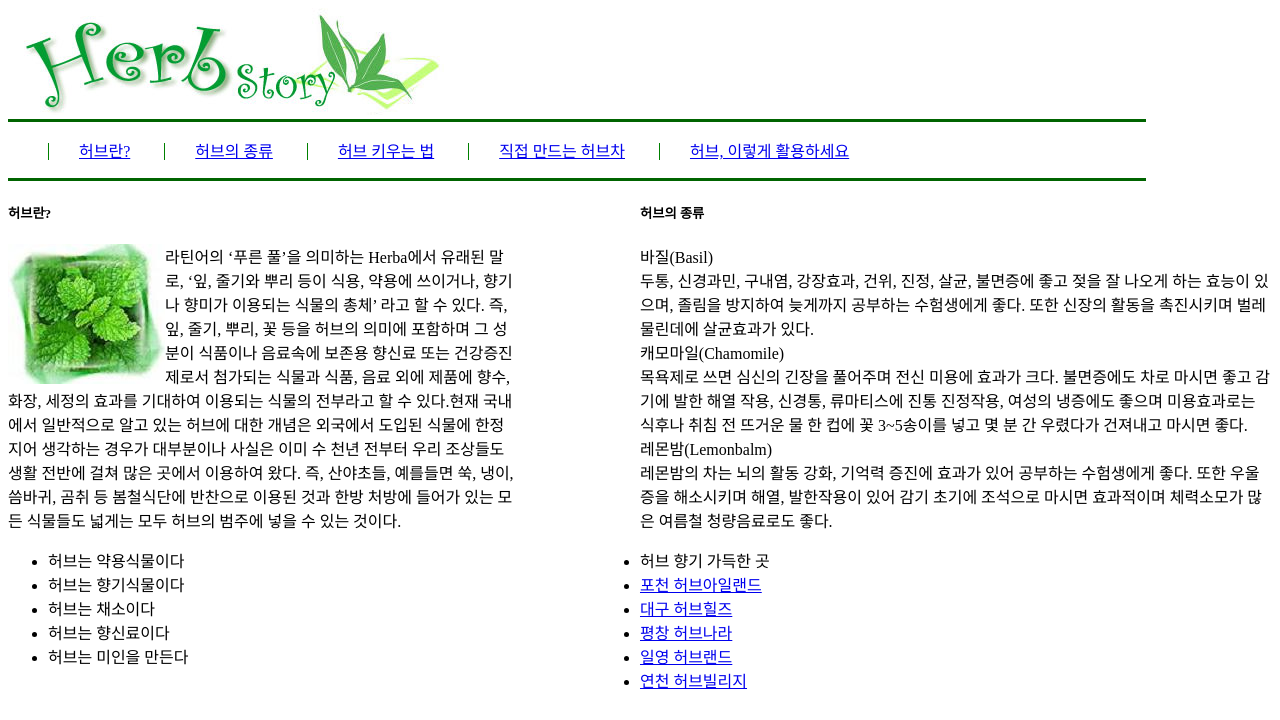
Repository: RyuJelly/java_web
Page: CSS/WebContent/exam2/layout.htm
These files come from the project's save history. The page is drawn as it stood at one moment and after the next save; the edit follows.
The browser window is 1280 px wide. The pictures show the whole page.

Above is the page before, as saved 2021-03-08 05:32:08.

After the next save:
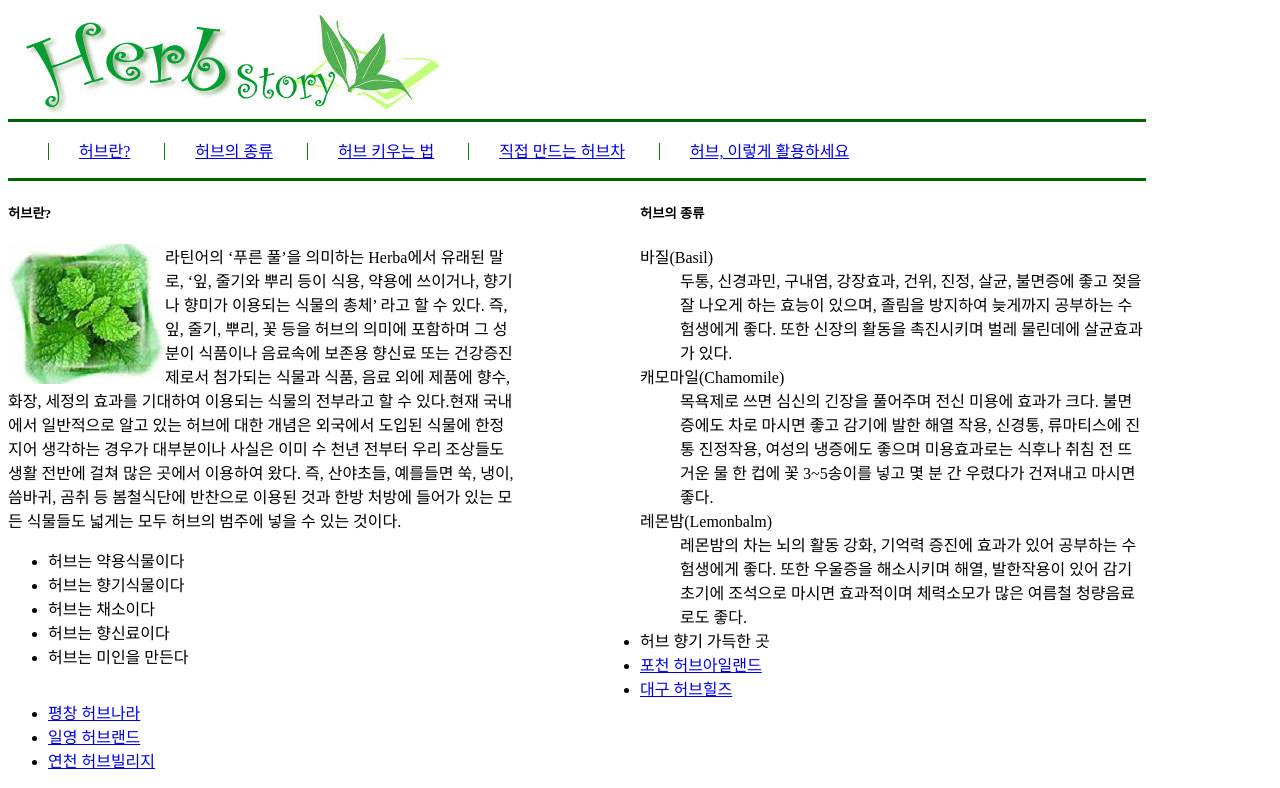
Saved 5 s later.
--- a/CSS/WebContent/exam2/layout.htm
+++ b/CSS/WebContent/exam2/layout.htm
@@ -30,7 +30,7 @@
 		float: left;
 	}
 
-	content2{
+	#content2{
 		width: 40%;
 		float: right;
 		margin-right: 10%;
